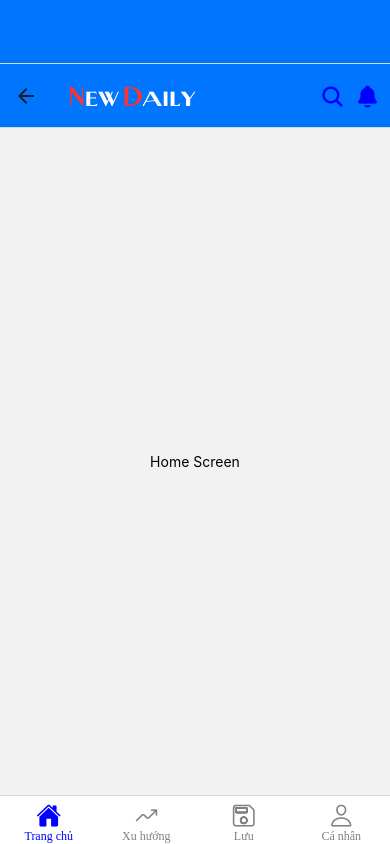
Repository: Quynhhuong150322/New_Daily
Screen: /BottomTab
An editor plug-in stored every save of this project. The screen is shown before and after the next save, followed by the edit.
The app was drawn by React Native's web renderer in a window 390 px wide. The project was rebuilt for these pictures with package versions that can differ from the ones it lists, and the page was loaded fresh each time. Also part of the build but not shown: firebase.js, screens/Login.js, screens/Signup.js, screens/Trending.js, screens/Save.js, components/Divider.js, components/Tab.js, screens/Profile.js and 4 more.

Above is the screen before, as saved 2023-12-20 06:14:48.

After the next save:
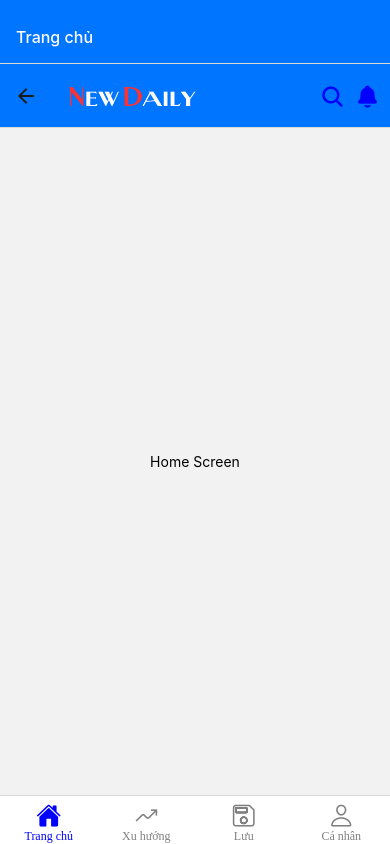
Saved 10 s later.
--- a/screens/ButtomTab.js
+++ b/screens/ButtomTab.js
@@ -47,7 +47,7 @@
                     headerTitleStyle: {
                     color: 'white',
                     fontSize: 16,
-                    paddingTop: 60,
+                    paddingTop: 10,
                     marginLeft: 0
                     },
                     // headerTitleAlign: 'center',
